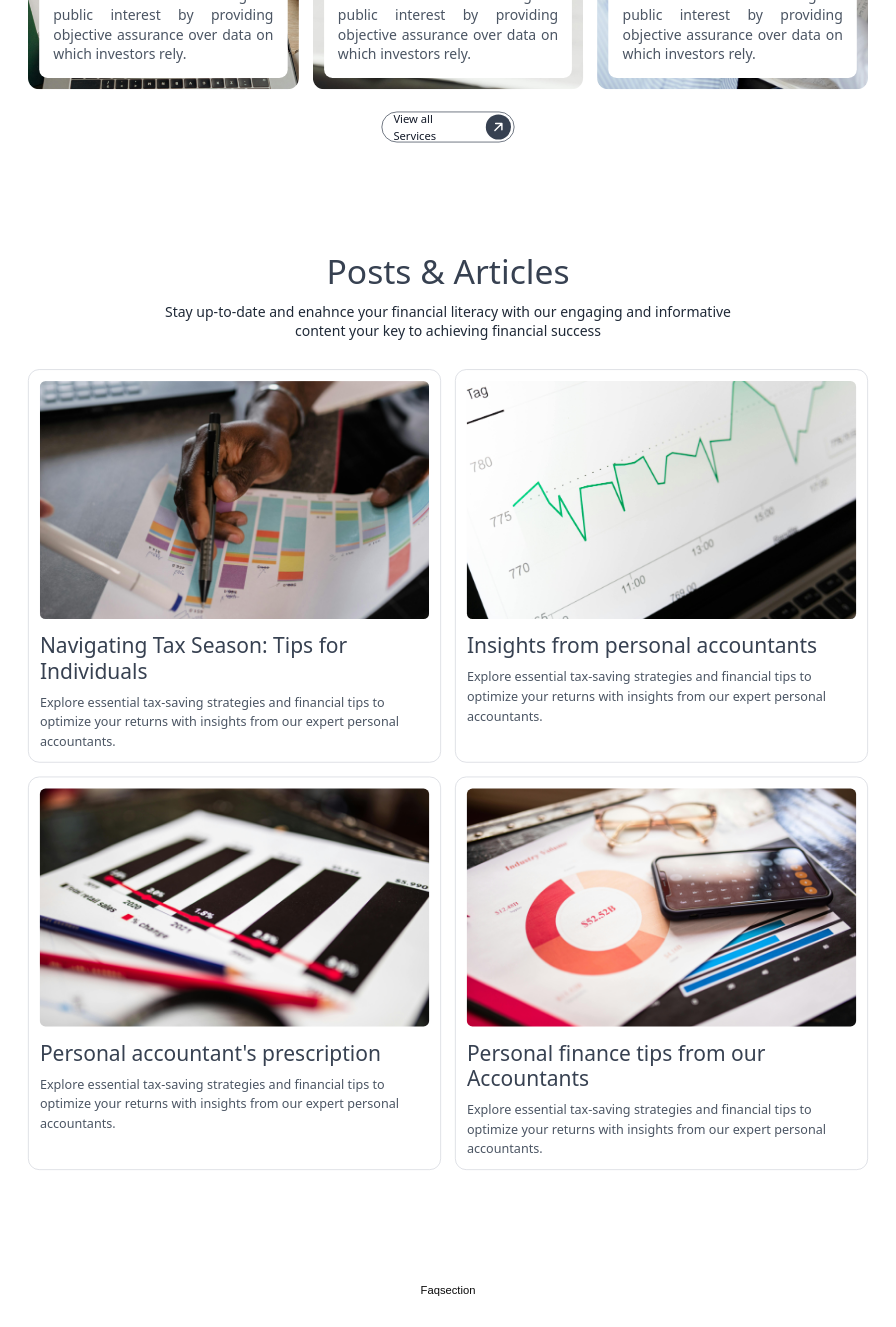
Repository: vespersolutionspk18/integrast-website
Page: /
These files come from the project's save history. The page is drawn as it stood at one moment and after the next save; the edit follows.
The browser window is 1280 px wide. The pictures show the part of the page from y = 1558 to 3478 px (the page is 3454 px tall before and 3478 px after), at 70% of full size.
The project was rebuilt for these pictures with package versions that can differ from the ones it lists, and the page was loaded fresh each time. The framework's server and built-in components were replaced by stand-ins that run in the browser. Also part of the build but not shown: next.config.ts.

Above is the page before, as saved 2024-12-09 17:10:14.

### app/layout.tsx
import type { Metadata } from "next";
import localFont from "next/font/local";
import "./globals.css";

const geistSans = localFont({
  src: "./fonts/GeistVF.woff",
  variable: "--font-geist-sans",
  weight: "100 900",
});
const geistMono = localFont({
  src: "./fonts/GeistMonoVF.woff",
  variable: "--font-geist-mono",
  weight: "100 900",
});

export const metadata: Metadata = {
  title: "Integra Strategy",
  description: "-",
};

export default function RootLayout({
  children,
}: Readonly<{
  children: React.ReactNode;
}>) {
  return (
    <html lang="en">
      <body
        className={`${geistSans.variable} ${geistMono.variable} antialiased`}
      >
        {children}
      </body>
    </html>
  );
}

### app/page.tsx
import Image from "next/image";
import Header from "./Header";
import Hero from "./Hero";
import Services from "./Services";
import Postsart from "./Postsart";
import Faqsection from "./Faqsection";

export default function Home() {
  return (
    <div>
      <Header />
      <Hero />
      <Services />
      <Postsart />
      <Faqsection />
    </div>
  );
}

### app/Hero.tsx
import React from 'react'
import ButtonArrowwhite from "@/public/assets/buttonarrowwhite.svg";
import ButtonArrow from "@/public/assets/buttonarrow.svg";
const Hero = () => {
  return (
    <div className="flex flex-col p-10 ">
        <div className="flex flex-row mt-24 h-[190px] gap-5 ">
            <div className="w-[55%] flex flex-col">
                <h1 className="font-light font-sans text-6xl text-gray-600">Unlock Prosperity, <span className="text-gray-800">Choose Expert Guidance</span></h1>
                <h4 className="text-xl font-sans font-light text-gray-900 mt-6">Embark on a transformative journey to financial prosperity with our personalized accountancy services</h4>
            </div>
            <div className="w-[45%] flex flex-col justify-between ">
                <h4 className="text-xl text-justify font-light font-sans text-gray-900">Unlock tailored strategies, benefit from insightful guidances, and follow a clear pathway to achieve your financial success. Elevate your financial journey with our dedicated support and expertise. Contact us today to start your journey towards financial freedom.</h4>
                <div className="flex flex-row gap-5 pt-10">
                <div>
                <div id="button"
  className="group  bg-white h-[44px] flex-row border-[1px] border-gray-700 text-gray-900 text-[16px] py-1 px-1 font-light rounded-full hidden md:flex items-center justify-between w-[170px] transition-width duration-500 ease-in-out  hover:w-[195px] hover:bg-gray-700 hover:border-gray-700 hover:text-white hover:cursor-pointer "

>
  <div className="mx-3 font-sans font-regular">Get In Touch</div>
  <div className="bg-gray-700 rounded-full h-[36px] w-[36px] flex items-center justify-center transition-transform duration-500 ease-in-out group-hover:rotate-45">
    <ButtonArrowwhite className="h-[24px] w-[24px]" />
  </div>
            </div>
                </div>
                <div>
                <div id="button"
  className="group  bg-gray-700 h-[44px] flex-row border-[1px] border-gray-700 text-white text-[16px] py-1 px-1 font-light rounded-full hidden md:flex items-center justify-between w-[170px] transition-width duration-500 ease-in-out  hover:w-[195px] hover:bg-white hover:border-gray-700 hover:text-gray-700 hover:cursor-pointer "

>
  <div className="mx-3 font-sans font-regular">Get a Quote</div>
  <div className="bg-white rounded-full h-[36px] w-[36px] flex items-center justify-center transition-transform duration-500 ease-in-out group-hover:rotate-45 group-hover:border-[1px] group-hover:border-gray-700">
    <ButtonArrow className="h-[24px] w-[24px]" />
  </div>
            </div>
                </div>

                </div>
            </div>
        </div>


        <div className="flex flex-row h-[380px] gap-4 mt-16">
            <div className="w-[70%] transition-all duration-500 ease-in-out hover:w-[90%] rounded-2xl bg-cover bg-center" style={{backgroundImage: `url('/assets/heroimage3.jpg')`}}></div>
            <div className="w-[30%] transition-all duration-500 ease-in-out hover:w-[40%] flex flex-col justify-between ">
                <div className="w-full h-full rounded-2xl bg-cover bg-center" style={{backgroundImage: `url('/assets/heroimage4.jpg')`}}></div>
                <h5 className="font-sans text-gray-900 text-justify text-xl mt-3  font-light">Tailored solutions, expert guidance, and strategic planning to secure your wealth and achieve your financial goals seamlessly</h5>
            </div>
        </div>
    </div>
  )
}

export default Hero

### app/Services.tsx
import React from 'react'
import ButtonArrowwhite from "@/public/assets/buttonarrowwhite.svg";
import ButtonArrow from "@/public/assets/buttonarrow.svg";
const Services = () => {
  return (
    <div className="flex flex-col p-10 mt-16 items-center ">
        <div className="flex flex-row items-start justify-start ">
            <div className="w-1/2 font-sans font-light text-5xl text-gray-700">We collaborate across diverse industry landscapes</div>
            <div className="w-1/2 font-sans text-gray-900 text-justify text-xl  font-light">Our commitment to fostering dynamic collaboration allows to navigate the unique challenges and intricacies of various sectors. Our versatile approach ensures tailored solutions that resonate with the distinct needs of each industry.</div>
        </div>
        <div className="flex flex-row gap-5 mt-16">
            <div className="rounded-2xl w-1/3 h-[540px] bg-cover bg-center flex items-end  " style={{backgroundImage: `url('/assets/audit.jpg')`}}>
            <div className="group">
  <div className="bg-white m-4  rounded-[12px] flex flex-col relative transition-all duration-500 ease-in-out hover:pb-[120px] min-h-[180px]">
    <h5 className="ml-5 mt-5 mr-5 mb-5 font-sans text-3xl text-gray-700 font-light">
      Accounting & Finance
    </h5>
    <p className="ml-5 mr-5 mb-5 text-justify font-sans font-light text-xl text-gray-600">
      We are committed to serving the public interest by providing objective assurance over data on which investors rely.
    </p>
    {/* Hidden div */}
    <div className="absolute bottom-5 left-5 text-xl font-sans font-light  text-gray-600 px-4 py-2 rounded-md opacity-0 invisible transition-all duration-500 group-hover:opacity-100 group-hover:visible hover:text-black hover:cursor-pointer  hover:underline">
      Learn More
    </div>
  </div>
</div>

</div>
            <div className="rounded-2xl w-1/3 h-[540px] bg-cover bg-center flex items-end" style={{backgroundImage: `url('/assets/tax.jpg')`}}>
            <div className="group">
  <div className="bg-white m-4  rounded-[12px] flex flex-col relative transition-all duration-500 ease-in-out hover:pb-[120px] min-h-[180px]">
    <h5 className="ml-5 mt-5 mr-5 mb-5 font-sans text-3xl text-gray-700 font-light">
      Tax & Legal
    </h5>
    <p className="ml-5 mr-5 mb-5 text-justify font-sans font-light text-xl text-gray-600">
      We are committed to serving the public interest by providing objective assurance over data on which investors rely.
    </p>
    {/* Hidden div */}
    <div className="absolute bottom-5 left-5 text-xl font-sans font-light  text-gray-600 px-4 py-2 rounded-md opacity-0 invisible transition-all duration-500 group-hover:opacity-100 group-hover:visible hover:text-black hover:cursor-pointer  hover:underline">
      Learn More
    </div>
  </div>
</div>
</div>
            <div className="rounded-2xl w-1/3 h-[540px] bg-cover bg-center flex items-end" style={{backgroundImage: `url('/assets/tech.jpg')`}}>
            <div className="group">
  <div className="bg-white m-4  rounded-[12px] flex flex-col relative transition-all duration-500 ease-in-out hover:pb-[120px] min-h-[180px]">
    <h5 className="ml-5 mt-5 mr-5 mb-5 font-sans text-3xl text-gray-700 font-light">
      Technology & IT
    </h5>
    <p className="ml-5 mr-5 mb-5 text-justify font-sans font-light text-xl text-gray-600">
      We are committed to serving the public interest by providing objective assurance over data on which investors rely.
    </p>
    {/* Hidden div */}
    <div className="absolute bottom-5 left-5 text-xl font-sans font-light  text-gray-600 px-4 py-2 rounded-md opacity-0 invisible transition-all duration-500 group-hover:opacity-100 group-hover:visible hover:text-black hover:cursor-pointer  hover:underline">
      Learn More
    </div>
  </div>
</div>
</div>
        </div>
        <div className="mt-8">
                <div id="button"
  className="group  bg-white h-[44px] flex-row border-[1px] border-gray-700 text-gray-900 text-[16px] py-1 px-1 font-light rounded-full hidden md:flex items-center justify-between w-[190px] transition-width duration-500 ease-in-out hover:cursor-pointer  hover:w-[215px] hover:bg-gray-700 hover:border-gray-700 hover:text-white "

>
  <div className="mx-3 font-sans font-regular">View all Services</div>
  <div className="bg-gray-700 rounded-full h-[36px] w-[36px] flex items-center justify-center transition-transform duration-500 ease-in-out group-hover:rotate-45">
    <ButtonArrowwhite className="h-[24px] w-[24px]" />
  </div>
            </div>
                </div>
    </div>
  )
}

export default Services

### app/Postsart.tsx
import React from 'react'

const Postsart = () => {
  return (
    <div className="w-full flex flex-col p-10 items-center mt-20">
        <h2 className="text-5xl font-sans text-gray-700 font-light">Posts & Articles</h2>
        <p className="font-sans text-xl text-gray-800 font-light text-center mt-5">Stay up-to-date and enahnce your financial literacy with our engaging and informative<br></br>content your key to achieving financial success</p>
        <div className="flex flex-row mt-10 gap-5 w-full">
            <div className="flex flex-col rounded-2xl w-1/2  border-[1px] p-4 border-gray-300">
            <div className="w-full h-[340px] rounded-[8px] bg-cover bg-center" style={{backgroundImage: `url('/assets/post1.jpg')`}}></div>
            <h5 className="font-sans font-light text-3xl mt-5 text-gray-700">Navigating Tax Season: Tips for Individuals</h5>
            <p className="font-sans font-light text-gray-600 text-lg mt-3">Explore essential tax-saving strategies and financial tips to optimize your returns with insights from our expert personal accountants.</p>
            </div>
            <div className="flex flex-col rounded-2xl w-1/2  border-[1px] p-4 border-gray-300">
            <div className="w-full h-[340px] rounded-[8px] bg-cover bg-center" style={{backgroundImage: `url('/assets/post2.jpg')`}}></div>
            <h5 className="font-sans font-light text-3xl mt-5 text-gray-700">Insights from personal accountants</h5>
            <p className="font-sans font-light text-gray-600 text-lg mt-3">Explore essential tax-saving strategies and financial tips to optimize your returns with insights from our expert personal accountants.</p>
            </div>
        </div>
        <div className="flex flex-row mt-5 gap-5 w-full">
            <div className="flex flex-col rounded-2xl w-1/2  border-[1px] p-4 border-gray-300">
            <div className="w-full h-[340px] rounded-[8px] bg-cover bg-center" style={{backgroundImage: `url('/assets/post3.jpg')`}}></div>
            <h5 className="font-sans font-light text-3xl mt-5 text-gray-700">Personal accountant's prescription</h5>
            <p className="font-sans font-light text-gray-600 text-lg mt-3">Explore essential tax-saving strategies and financial tips to optimize your returns with insights from our expert personal accountants.</p>
            </div>
            <div className="flex flex-col rounded-2xl w-1/2  border-[1px] p-4 border-gray-300">
            <div className="w-full h-[340px] rounded-[8px] bg-cover bg-center" style={{backgroundImage: `url('/assets/post4.jpg')`}}></div>
            <h5 className="font-sans font-light text-3xl mt-5 text-gray-700">Personal finance tips from our Accountants</h5>
            <p className="font-sans font-light text-gray-600 text-lg mt-3">Explore essential tax-saving strategies and financial tips to optimize your returns with insights from our expert personal accountants.</p>
            </div>
        </div>
    </div>
  )
}

export default Postsart

### app/Faqsection.tsx
import React from 'react'

const Faqsection = () => {
  return (
    <div className="flex flex-col p-10 items-center mt-20">
        Faqsection</div>
  )
}

export default Faqsection

Loaded but not shown: app/globals.css (common file); app/Header.tsx (common file); tailwind.config.ts (common file)

After the next save:
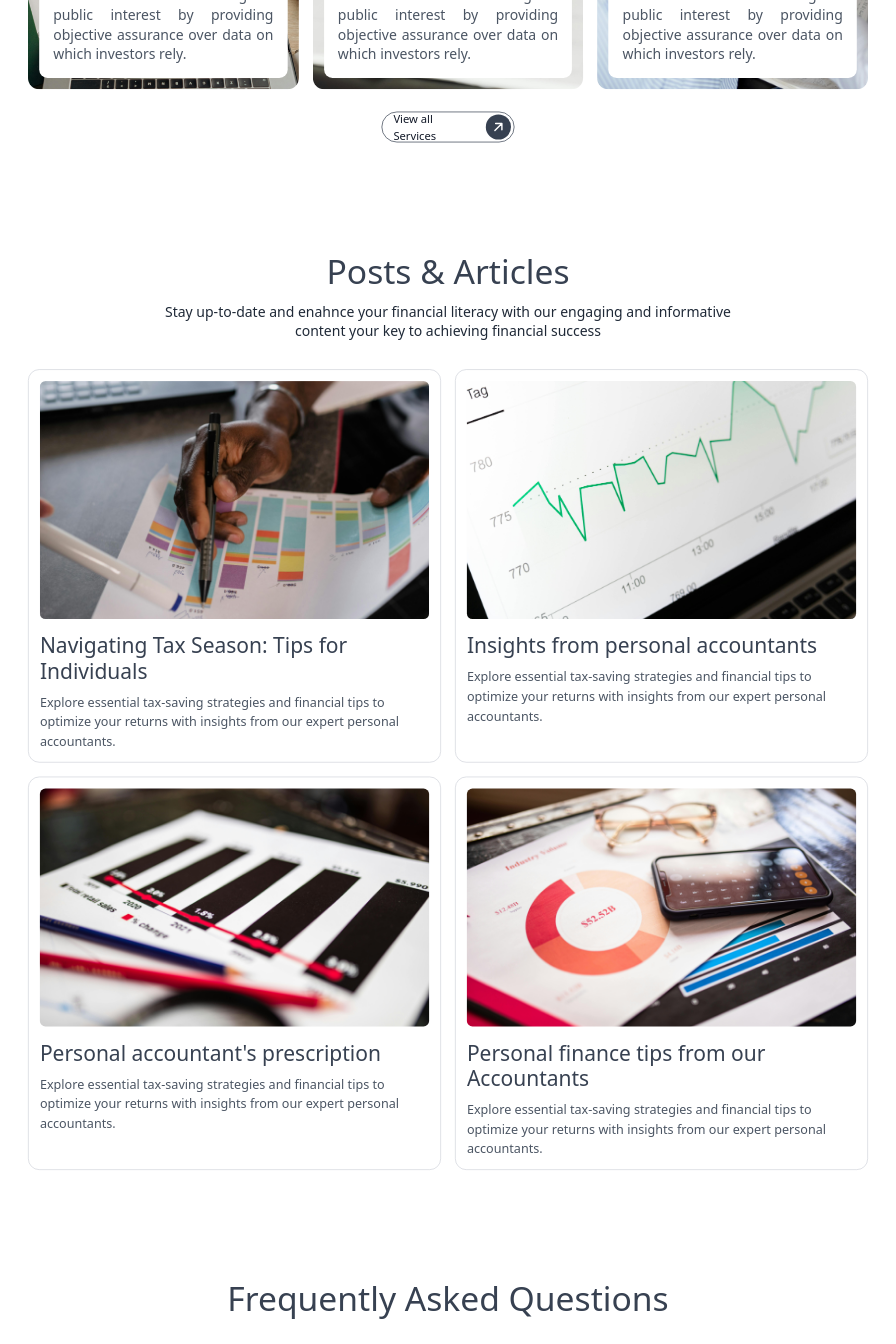
Saved 30 s later.
--- a/app/Faqsection.tsx
+++ b/app/Faqsection.tsx
@@ -3,7 +3,8 @@ import React from 'react'
 const Faqsection = () => {
   return (
     <div className="flex flex-col p-10 items-center mt-20">
-        Faqsection</div>
+    <h2 className="font-sans font-light text-5xl text-gray-700">Frequently Asked Questions</h2>
+    </div>
   )
 }
 
